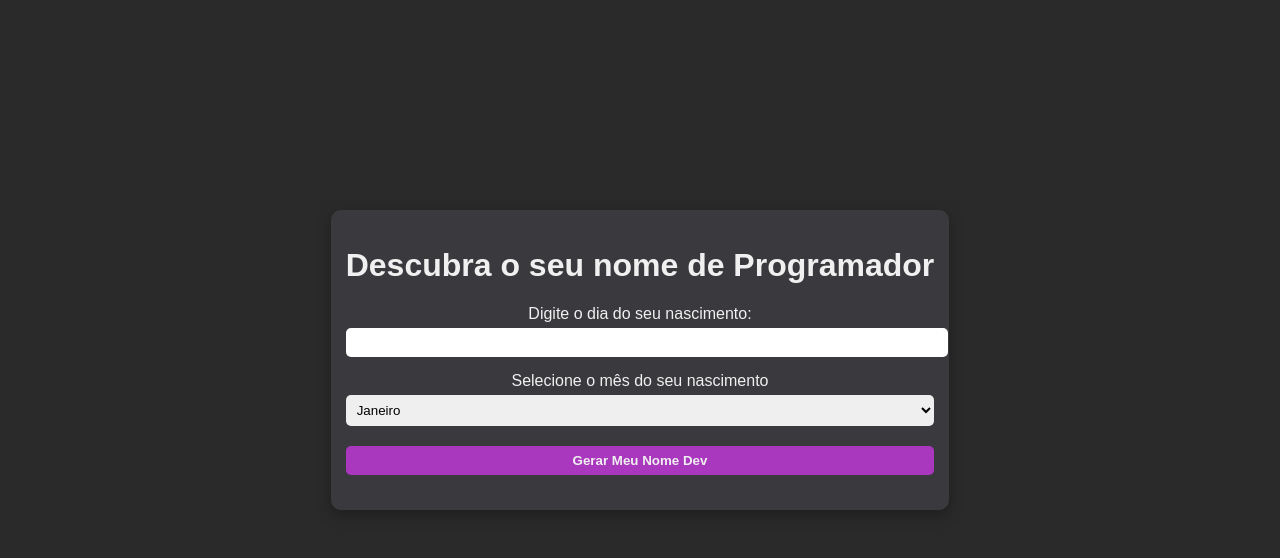
Repository: analessp/seu-nome-dev
Page: index.html
An editor plug-in stored every save of this project. The page is shown before and after a run of saves, followed by the edit.
The browser window is 1280 px wide. The pictures show the whole page.

Above is the page before, as saved 2025-05-13 11:19:50.

### index.html
<!DOCTYPE html>
<html lang="pt-BR">
<head>
    <meta charset="UTF-8">
    <meta name="viewport" content="width=device-width, initial-scale=1.0">
    <title>Seu Nome Dev</title>
    <link rel="stylesheet" href="styles.css">
</head>
<body>
    <div class="container">
        <h1>Descubra o seu nome de Programador</h1>
        <div class="form-group">
            <label for="dia">Digite o dia do seu nascimento:</label>
            <input type="number" id="dia" min="1" max="31">
        </div>
        <div class="form-group">
            <label for="mes">Selecione o mês do seu nascimento</label>
            <select id="mes">
                <option value="1">Janeiro</option>
                <option value="2">Fevereiro</option>
                <option value="3">Março</option>
                <option value="4">Abril</option>
                <option value="5">Maio</option>
                <option value="6">Junho</option>
                <option value="7">Julho</option>
                <option value="8">Agosto</option>
                <option value="9">Setembro</option>
                <option value="10">Outubro</option>
                <option value="11">Novembro</option>
                <option value="12">Dezembro</option>
            </select>
        </div>
        <button onclick="gerarNomeDev()">Gerar Meu Nome Dev</button>
        <div class="resultado" id="resultado"></div>
    </div>
    <script src="app.js"></script>
</body>
</html>

### styles.css
body {
    background-color: #2a2a2a;
    color: #f0f0f0;
    font-family: "Nunito", sans-serif;
    display: flex;
    justify-content: center;
    align-items: center;
    height: 100vh;
    margin: 0;
}

.container {
    background-color: #3a3a3e;
    padding: 15px;
    border-radius: 10px;
    box-shadow: 0px 5px 15px rgba(0, 0, 0, 0.3);
    text-align: center;
}

.form-group {
    margin-bottom: 15px;
}

input, select, button {
    cursor: pointer;
    padding: 7px;
    margin-top: 5px;
    width: 100%;
    border-radius: 5px;
    border: none;
    outline: none;
}

button {
    background-color: #aa38be;
    color: #f0f0f0;
    font-weight: bold;
    transition: background-color 0.3s;
}

button:hover {
    background-color: #e27cd3;
}

.resultado {
    margin-top: 20px;
    font-size: 1.2rem;
    font-weight: bold;
    color: #8a2aba;
}

### app.js
function gerarNomeDev() {
    const dia = parseInt(document.getElementById("dia").value);
    const mes = parseInt(document.getElementById("mes").value);
    const resultado = document.getElementById("resultado");

    if (isNaN(dia) || dia < 1 || dia > 31) {
        resultado.textContent = "Insira um dia válido.";
        return;
    }

    const títulos = {
    1: "Desenvolvedor(a)",
    2: "Desenvolvedor(a)",
    3: "Programador(a)",
    4: "Programador(a)",
    5: "Programador(a)",
    6: "Estagiário(a)",
    7: "Estagiário(a)",
    8: "EEstagiário(a)",
    9: "Sênior",
    0: "Sênior",
};

const meses = {
    1: "bugado(a)",
    2: "do CTRL C, CTRL V",
    3: "das gambiarras",
    4: "que culpa o cache",
    5: "que esquece o que faz",
    6: "do git vazio",
    7: "das try/ catch vazia",
    8: "famosinho do LinkedIn",
    9: "caçador de bugs",
    10: "do Windows Pirata",
    11: "do update sem where",
    12: "do commit bugado",
};

const ultimoDigito = dia % 10;
const titulo = títulos[ultimoDigito];
const mesTexto = meses[mes];

resultado.textContent = `${titulo} ${mesTexto}`;

}

After the next 2 saves:
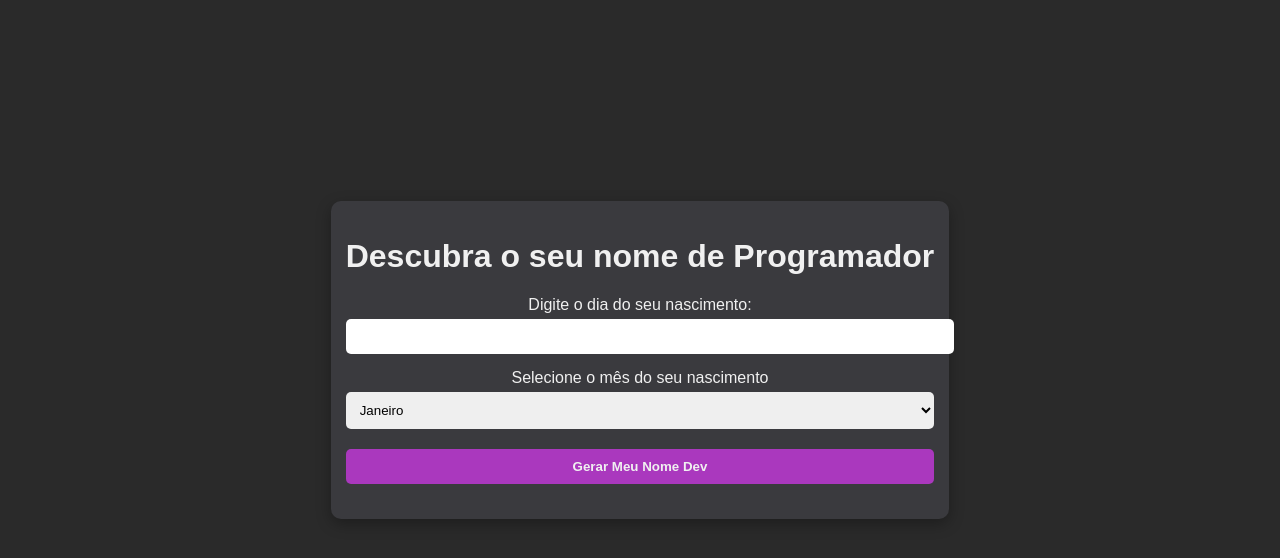
The 2 saves are shown as one change because they came seconds apart.
The last was saved 6 s later.
--- a/styles.css
+++ b/styles.css
@@ -23,7 +23,7 @@ body {
 
 input, select, button {
     cursor: pointer;
-    padding: 7px;
+    padding: 10px;
     margin-top: 5px;
     width: 100%;
     border-radius: 5px;
